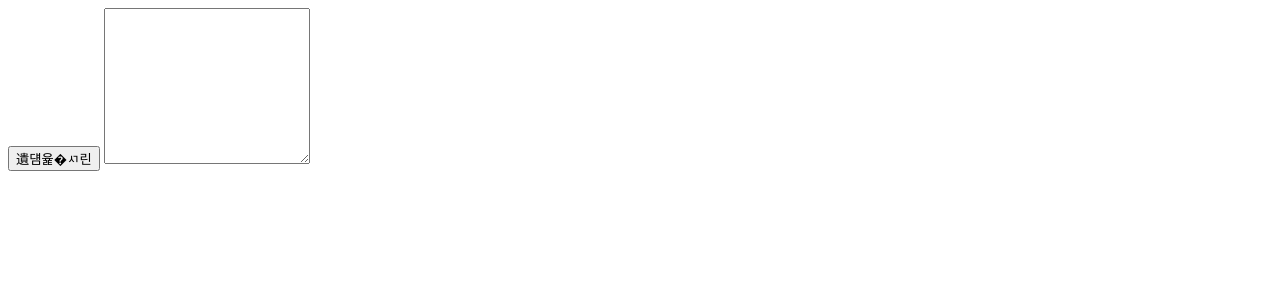
Repository: hyeong-jun-98/SL_front
Page: web0812/src/main/webapp/test/client.html
These files come from the project's save history. The page is drawn as it stood at one moment and after the next save; the edit follows.
The browser window is 1280 px wide. The pictures show the whole page.

Above is the page before, as saved 2022-08-12 05:03:21.

After the next save:
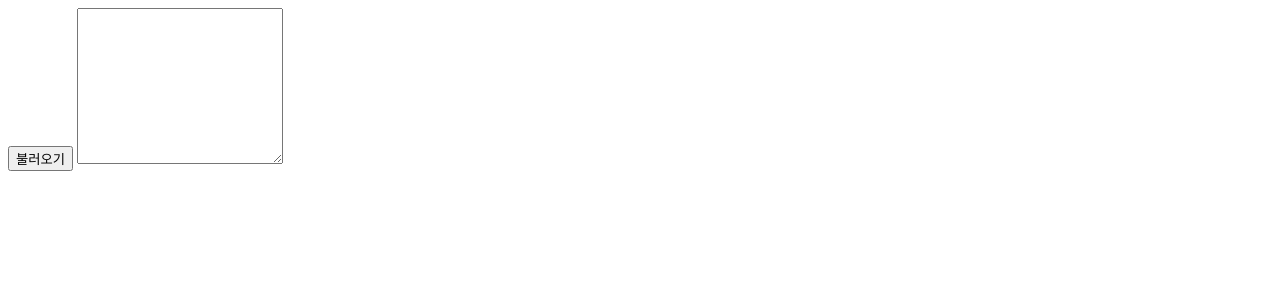
Saved 70 s later.
--- a/web0812/src/main/webapp/test/client.html
+++ b/web0812/src/main/webapp/test/client.html
@@ -2,7 +2,7 @@
 <!DOCTYPE html>
 <html>
 <head>
-<meta charset="EUC-KR">
+<meta charset="utf-8">
 <title>Insert title here</title>
 <script>
 function loadData() {
